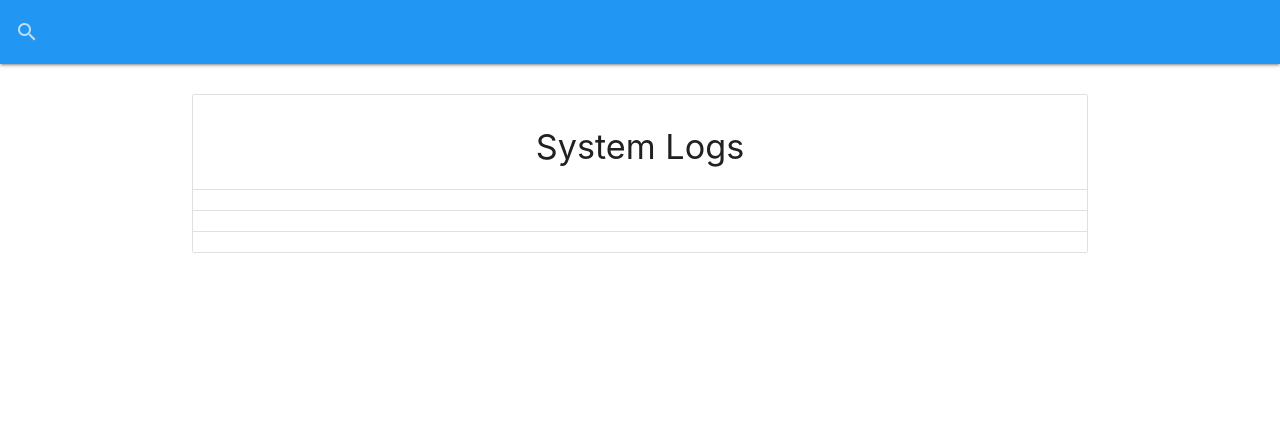
Repository: chinmayparab/log-keeper
Page: /
These files come from the project's save history. The page is drawn as it stood at one moment and after the next save; the edit follows.
The browser window is 1280 px wide. The pictures show the whole page.
The project was rebuilt for these pictures with package versions that can differ from the ones it lists, and the page was loaded fresh each time. Requests to the local data server were answered from the project's data file. Also part of the build but not shown: src/App.css.

Above is the page before, as saved 2020-06-26 23:53:52.

### public/index.html
<!DOCTYPE html>
<html lang="en">
  <head>
    <meta charset="utf-8" />
    <link rel="icon" href="%PUBLIC_URL%/favicon.ico" />
    <meta name="viewport" content="width=device-width, initial-scale=1" />
    <meta name="theme-color" content="#000000" />
    <meta
      name="description"
      content="Web site created using create-react-app"
    />
    <link rel="apple-touch-icon" href="%PUBLIC_URL%/logo192.png" />
    <link
      href="https://fonts.googleapis.com/icon?family=Material+Icons"
      rel="stylesheet"
    />
    <link rel="manifest" href="%PUBLIC_URL%/manifest.json" />
    <title>System Logger</title>
  </head>
  <body>
    <noscript>You need to enable JavaScript to run this app.</noscript>
    <div id="root"></div>
  </body>
</html>

### src/App.js
import React, { Fragment, useEffect } from "react";
import SearchBar from "./components/layout/SearchBar";
import Logs from "./components/logs/Logs";
import "materialize-css/dist/css/materialize.min.css";
import M from "materialize-css/dist/js/materialize.min.js";
import "./App.css";

const App = () => {
  useEffect(() => {
    M.AutoInit();
  });

  return (
    <Fragment>
      <SearchBar />
      <div className='container'>
        <Logs />
      </div>
    </Fragment>
  );
};

export default App;

### src/components/layout/SearchBar.js
import React from "react";

const SearchBar = () => {
  return (
    <nav style={{ marginBottom: "30px" }} className='blue'>
      <div className='nav-wrapper'>
        <form>
          <div className='input-field'>
            <input id='search' type='search' />
            <label className='label-icon' hmtlFor='search'>
              <i className='material-icons'>search</i>
            </label>
            <i className='material-icons'>close</i>
          </div>
        </form>
      </div>
    </nav>
  );
};

export default SearchBar;

### src/components/logs/Logs.js
import React, { useState, useEffect } from "react";
import LogItem from "./LogItem";

const Logs = () => {
  const [logs, setLogs] = useState([]);
  const [loading, setLoading] = useState(false);

  useEffect(() => {
    getLogs();
    //eslint-disable-next=line
  }, []);

  const getLogs = async () => {
    setLoading(true);
    const res = await fetch("/logs");
    const data = await res.json();

    setLogs(data);
    setLoading(false);
  };

  if (loading) {
    return <h4>Loading...</h4>;
  }

  return (
    <div>
      <ul className='collection with-header'>
        <li className='collection-header'>
          <h4 className='center'>System Logs</h4>
        </li>
        {!loading && logs.length === 0 ? (
          <p className='center'>No logs to show...</p>
        ) : (
          logs.map((log) => <LogItem log={log} key={log.id} />)
        )}
      </ul>
    </div>
  );
};

export default Logs;

### src/components/logs/LogItem.js
import React from "react";
import Moment from "react-moment";
import PropTypes from "prop-types";

const LogItem = (log) => {
  return (
    <li className='collection-item'>
      <div>
        <a
          href='#edit-log-modal'
          className={`modal-trigger ${log.attention ? "re-text" : "blue-text"}`}
        >
          {log.message}
        </a>
      </div>
    </li>
  );
};

LogItem.propTypes = {
  log: PropTypes.object.isRequired,
};

export default LogItem;

### db.json
{
  "logs": [
    {
      "id": 1,
      "message": "Changed stuff",
      "attention": false,
      "date": "07-12-2018",
      "tech": "Lil Pete"
    },
    {
      "id": 2,
      "message": "Didint do shiz",
      "attention": true,
      "date": "04-11-2018",
      "tech": "Skinny Badger"
    },
    {
      "id": 3,
      "message": "Modified and edited stuff",
      "attention": true,
      "date": "27-12-2018",
      "tech": "Jene Grey"
    }
  ],
  "techs": [
    {
      "id": 1,
      "firstName": "Lil",
      "lastName": "Pete"
    },
    {
      "id": 3,
      "firstName": "Skinny",
      "lastName": "Badger"
    },
    {
      "id": 3,
      "firstName": "Jene",
      "lastName": "Grey"
    }
  ]
}

Loaded but not shown: src/index.js (common file)

After the next save:
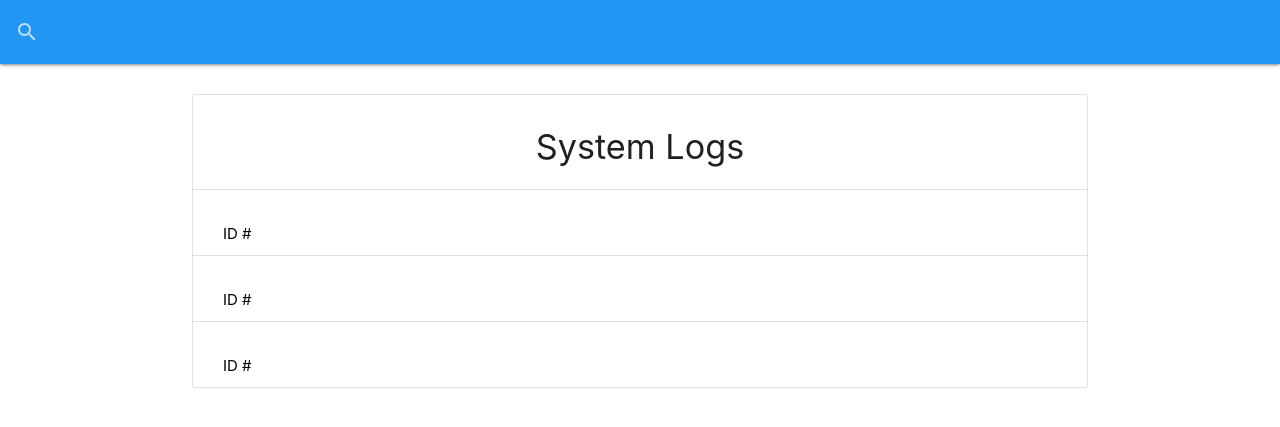
Saved 75 s later.
--- a/src/components/logs/LogItem.js
+++ b/src/components/logs/LogItem.js
@@ -12,6 +12,11 @@ const LogItem = (log) => {
         >
           {log.message}
         </a>
+        <br />
+        <span className='grey-text'>
+          <span className='black-text'>ID #{log.id}</span>
+          <span className='black-text'>{log.tech}</span>
+        </span>
       </div>
     </li>
   );
